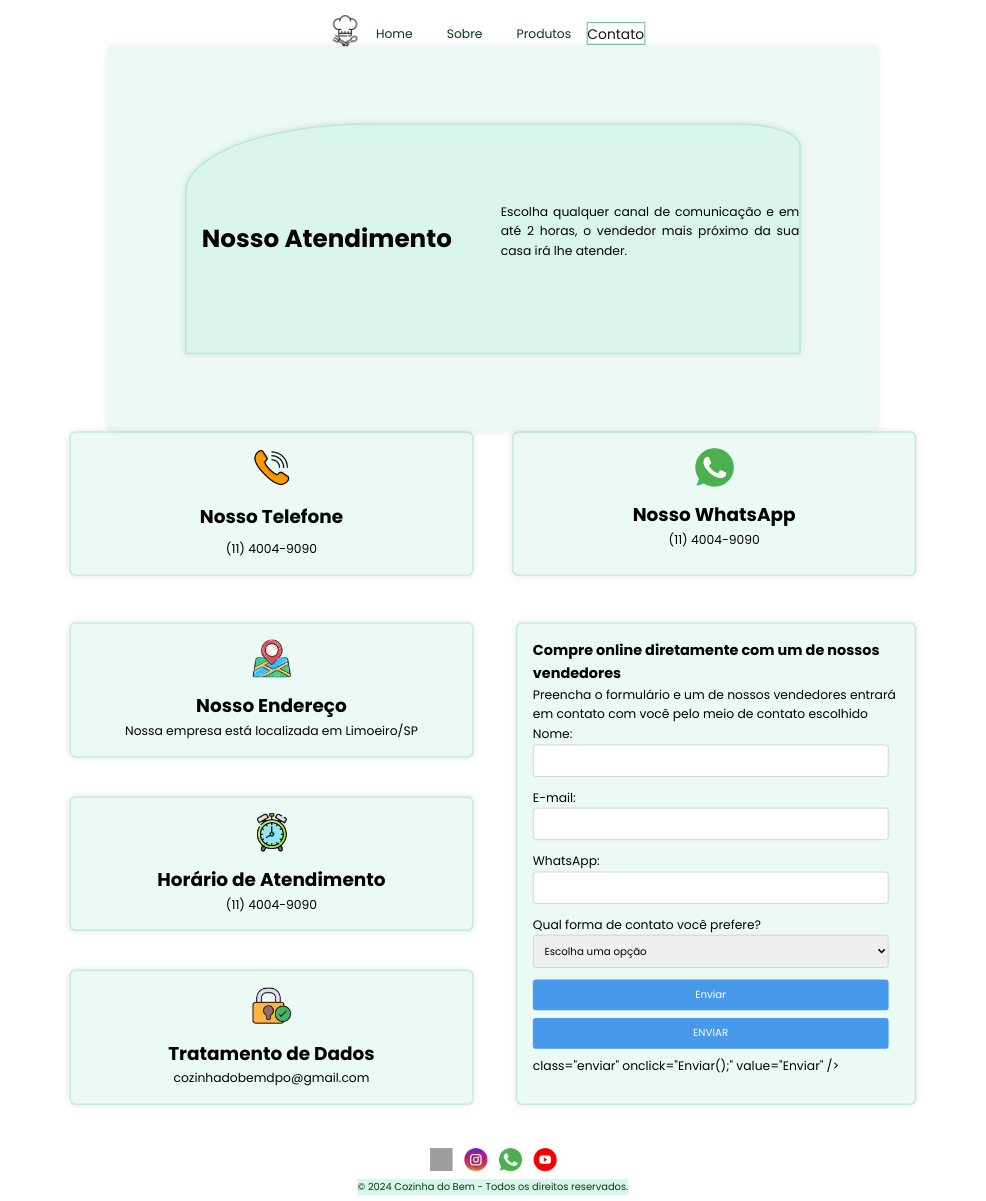
Repository: Thalia-Nataly/Cozinha-do-Bem-Proz
Page: contato.html
These files come from the project's save history. The page is drawn as it stood at one moment and after a run of saves; the edit follows.
The browser window is 1280 px wide. The pictures show the whole page, at 77% of full size.
Pictures or frames that could not be fetched are drawn as grey boxes.

Above is the page before, as saved 2024-08-25 19:20:29.

### contato.html
<!DOCTYPE html>
<html lang="pt-br">
<head>
    <meta charset="UTF-8">
    <meta name="viewport" content="width=device-width, initial-scale=1.0">
    <title>Contato</title>
    <link rel="icon" href="Imagens/favicon.jpg" type="image/jpg">
    <!-- CSS -->
    <link rel="stylesheet" href="css/stylegeral.css">
    <!-- JS -->
    <script src="js/menu.js" defer></script>
    <!-- Google Fonts -->
    <link rel="preconnect" href="https://fonts.googleapis.com">
    <link rel="preconnect" href="https://fonts.gstatic.com" crossorigin>
    <link href="https://fonts.googleapis.com/css2?family=Poppins:wght@100;200;300;400;500;600;700;800;900&display=swap" rel="stylesheet">
</head>
<body>
    <!-- Topo -->
    <a id="top"></a>

    <!-- Cabeçalho -->
    <header id="header">
       <div class="interface">
            <section class="logo">
                <img class="logo-branca" src="Imagens/logo.jpg" alt="Logo">
                <img class="logo-preto" src="Imagens/logo.jpg" alt="Logo">
            </section>
            <section class="menu-desktop">
                <nav>
                    <ul>
                        <li><a href="home.html">Home</a></li>
                        <li><a href="sobre.html">Sobre</a></li>
                        <li><a href="produtos.html">Produtos</a></li>
                    </ul>
                </nav>
            </section>
            <section class="btn-contato">
                <a href="contato.html">
                    <button>Contato</button>
                </a>
            </section>
        </div>
    </header>

    <!-- Main -->
    <main>
        <div class="main-content">
            <div class="box-conteiners">
                <div class="box-content">
                    <h1>Nosso Atendimento</h1>
                    <p><span>Escolha qualquer canal de comunicação e em até 2 horas, o vendedor mais próximo da sua casa irá lhe atender.</span></p>
                </div>
            </div>
        </div>

        <!-- Seções de Contato -->
        <div class="contact-container">
            <!-- Contêiner que contém o telefone e o WhatsApp -->
            <div class="contact-info-container">
                <div class="contact-info">
                    <div class="contact-box phone-box">
                        <img src="Imagens\telefone.png" alt="Ícone de Telefone" class="contact-icon">
                        <h2>Nosso Telefone</h2>
                        <p>(11) 4004-9090</p>
                    </div>
                    <div class="contact-box whatsapp-box">
                        <img src="Imagens\whatsapp_2504845.png" alt="Ícone de whatsapp" class="contact-icon">
                        <h2>Nosso WhatsApp</h2>
                        <p>(11) 4004-9090</p>
                    </div>
                </div>
            </div>

            <!-- Contêiner que contém os detalhes de contato e o formulário -->
            <div class="contact-details-form-container">
                <!-- Detalhes de contato -->
                <div class="contact-details">
                    <div class="contact-box">
                        <img src="Imagens\localização.png" alt="Ícone de Endereço" class="contact-icon">
                        <h2>Nosso Endereço</h2>
                        <p>Nossa empresa está localizada em Limoeiro/SP</p>
                    </div>
                    <div class="contact-box">
                        <img src="Imagens\horario.png" alt="Ícone de Relógio" class="contact-icon">
                        <h2>Horário de Atendimento</h2>
                        <p>(11) 4004-9090</p>
                    </div>
                    <div class="contact-box">
                        <img src="Imagens\cadeado.png" alt="Ícone de Cadeado" class="contact-icon">
                        <h2>Tratamento de Dados</h2>
                        <p>cozinhadobemdpo@gmail.com</p>
                    </div>
                </div>

                <!-- Formulário -->
                <div class="form-container">
                    <form>
                        <h3>Compre online diretamente com um de nossos vendedores</h3>
                        <p>Preencha o formulário e um de nossos vendedores entrará em contato com você pelo meio de contato escolhido </p>
                        <label for="nome">Nome: </label>
                        <input type="text" name="nome" id="nome" required>
                        <label for="email">E-mail: </label>
                        <input type="email" name="email" id="email" required>
                        <label for="tel">WhatsApp: </label>
                        <input type="tel" name="tel" id="tel" required>
                        <label for="contact-preference">Qual forma de contato você prefere?</label>
                        <select id="contact-preference" name="contact-preference" required>
                            <option value="" disabled selected>Escolha uma opção</option> <!-- Opção vazia que obrigará o usuário a escolher uma das opções abaixo -->
                            <option value="call">Ligação</option>
                            <option value="whatsapp">Mensagem no WhatsApp</option>
                        </select>

                        <button type="submit">Enviar</button>
                        <button type="submit">ENVIAR</button> class="enviar" onclick="Enviar();" value="Enviar" />
                    </form>
                </div>
            </div>
        </div>
    </main>

    <!-- Rodapé -->
    <footer>
        <nav>
            <div class="footer-link">
                <a href="home.html" class="footer-logo">Cozinha do Bem</a>
            </div>
            <div class="social-links">
                <a href="https://www.facebook.com/" target="_blank" rel="noopener noreferrer">
                    <img src="Imagens/social_13051757.png" alt="Facebook"></a>
                <a href="https://www.instagram.com/" target="_blank" rel="noopener noreferrer">
                    <img src="Imagens/instagram_4494489.png" alt="Instagram"></a>
                <a href="https://wa.me/5544332156489" target="_blank" rel="noopener noreferrer">
                    <img src="Imagens/whatsapp_2504845.png" alt="Whatsapp"></a>
                <a href="https://www.youtube.com/" target="_blank" rel="noopener noreferrer">
                    <img src="Imagens/youtube_4494485.png" alt="Youtube"></a>
            </div>
            <p class="copyright">© 2024 Cozinha do Bem - Todos os direitos reservados.</p>
        </nav>
    </footer>
    <a href="#top" class="back-to-top">Voltar ao topo</a>
</body>
</html>

### css/stylegeral.css
/*reset*/
* {
    margin: 0;
    padding: 0;
    box-sizing: border-box;
    font-family: "Poppins", sans-serif;
}

/*----------------------------------------------------------------*/
/*media queries para ajustar o layout em diferentes tamanhos de tela.*/
@media (max-width: 768px) {
    .menu-desktop {
        display: none;
    }

    .menu-mobile {
        display: block;
    }
}

/*----------------------------------------------------------------*/
body {
    background-repeat: no-repeat, repeat;
    background-attachment: scroll, fixed;
    background-size: cover;
    line-height: 1.6;
    margin: 0;
    padding: 0;
    box-sizing: border-box;

}



/*----------------------------------------------------------------*/

/*PRODUTOS */
/* Cabeçalho */

main {

    margin-top: 60px;
}

.main-content {
    width: 1000%;
    max-width: 1000px;
    margin: 0 auto;
    padding: 80px;
    font-family: Arial, sans-serif;
    box-shadow: 0 0 10px rgba(0, 0, 0, 0.1);
    background-color: rgba(122, 223, 189, 0.153);
    border-radius: 8px;
}

.main-content h1 {
    margin-bottom: 20px;
    padding: 50px;

}

.main-content h3 {
    margin-top: 20px;
    margin-bottom: 10px;
}

.main-content p {
    margin-bottom: 20px;
}

.main-content ul {
    margin-bottom: 20px;
}

.main-content ul li {
    margin-bottom: 10px;
}

.main-content img {
    display: block;
    margin: 10px 0;
}



/* Main */
.content-container {
    display: flex;
    align-items: flex-start;
    gap: 15px;
    max-width: 1000px;
    margin-bottom: 50px;
    padding: 20px;
}

.text-box1 .text-box2 .text-box3 {
    border-radius: 8px;
    padding: 20px;
    box-sizing: border-box;
    max-width: 2000px;
    height: 650px;
}

.text-box1 {
    background-color: #aae5e8;
    flex: 1;
}

.text-box2 {
    background-color: #dbaaa3;
    flex: 1;
}

.text-box3 {
    background-color: #f7e7b2;
    flex: 1;
}

.image-box {
    flex: 1;
    max-width: 300px;
    height: 300px;
}

.image-right img {
    float: right;
    width: 200px;
    height: 200px;
}

.image-box img {
    width: 98%;
    height: 98%;
    border-radius: 8px;
    box-shadow: #000000;
    align-content: center;
}

.chips-container {
    background-color: #aae5e8;
    border-radius: 1%;
}

.arroz-container {
    background-color: #dbaaa3;
    border-radius: 1%;
}

.pizza-container {
    background-color: #f7e7b2;
    border-radius: 1%;
}

/*----------------------------------------------------------------*/
/* Formulário produto*/
.form-container {
    background-color: #7ad4ed24;
    border: 1px solid #ddd;
    border-radius: 8px;
    padding: 20px;
    box-shadow: 0 4px 8px rgba(0, 0, 0, 0.1);
    max-width: 1000px;
    margin: 0 auto;
    display: block;
    margin-top: 50px;
}

.form-container input,
.form-container button {
    display: block;
    width: 97%;
    margin-bottom: 10px;
    padding: 10px;
    border-radius: 4px;
    border: 1px solid #ddd;
    box-sizing: border-box;
}

.form-container button {
    background-color: #4799eb;
    color: #fff;
    border: none;
    cursor: pointer;
}

.form-container button:hover {
    background-color: #0056b3;
}


/*----------------------------------------------------------------*/


/* Footer GERAL */
footer {
    align-items: center;
    text-align: center;
    list-style: none;
}

.footer-logo {
    font-size: 24px;
    font-weight: bold;
    text-decoration: none;
    color: #ffffff;
}

.footer-logo:hover {
    color: #000000;
}


footer {
    background-color: transparent;
    padding: 8px;
    text-align: center;
}

footer nav {
    display: flex;
    flex-direction: column;
    align-items: center;
}

footer .footer-link {
    margin-bottom: 10px;
}

footer .social-links {
    display: flex;
    gap: 15px;
    margin-bottom: 10px;
}

footer .social-links a {
    text-decoration: none;
    color: #ffffff;
}

footer .social-links img {
    width: 30px;
    height: 30px;
    vertical-align: middle
}

footer .redes {
    display: flex;
    gap: 15px;
    margin-bottom: 10px;
}

ul.redes img {
    width: 30px;
    height: 30px;
    vertical-align: middle;
    list-style-type: none;
}


footer .social-links a:hover {
    color: #000000;
}

footer p {
    font-size: 0.8em;
    color: #ffffff;
    margin-top: 0;
}

.copyright {
    align-items: center;
    text-align: center;
    background-color: rgba(122, 223, 189, 0.293);
    color: rgb(3, 64, 5);
}

/*----------------------------------------------------------------*/

/* Botão "Voltar ao topo" */
.back-to-top {
    position: fixed;
    bottom: 10px;
    bottom: 33px;
    right: 20px;
    background-color: #ffffff;
    color: #0ba22f;
    padding: 10px;
    border-radius: 8px;
    text-decoration: none;
    font-size: 14px;
    box-shadow: 0 2px 4px rgba(0, 0, 0, 0.2);
    z-index: 1000;
    border: 2px solid #047110;

}

.back-to-top:hover {
    background-color: #047110;
    color: #ffffff;
}

/*----------------------------------------------------------------*/
/* Home video*/


.banner {
    width: 100%;
    height: 98vh;
    overflow: hidden;
    display: flex;
    justify-content: center;
    align-items: center;
}

.banner video {
    position: fixed;
    top: 0;
    left: 0;
    object-fit: cover;
    width: 100%;
    height: 98vh;
    z-index: -1;

}

/*----------------------------------------------------------------*/

/*navbar*/
.interface {
    max-width: 1280px;
    margin: 0 auto;
}

header .btn-contato button:hover {
    background-color: #078d07;
    color: #ffffff;
    transition: all 0.3s ease-in-out;
}

.menu-desktop nav a:hover {
    transform: scale(1.05);
}

/* Estilo do Header */
header {
    width: 100%;
    padding: 20px 0;
    position: fixed;
    top: 0;
    left: 0;

    transition: .5s;
    z-index: 5;
}

header .interface {
    display: flex;
    justify-content: center;
    align-items: center;
    background-color: transparent;

}

header .logo img {
    max-width: 40px;


}

/* ---------------------------------------------------------------- */
/* Estilo do Menu */

header .logo img.logo-preto {
    display: none;
}

header .menu-desktop nav ul {
    list-style-type: none;
}

header .menu-desktop nav ul li {
    display: inline-block;
    margin: 0 20px;
}

header .menu-desktop nav ul li a {
    color: #033915;
    text-decoration: none;
    display: inline-block;
    transition: .2s;
}

.menu-desktop nav a:hover {
    transform: scale(1.05);
}

header .btn-contato,
button .botaosaiba button {
    width: 90px;
    height: 4%;
}

header .btn-contato button,
.hero-site button,
.botaosaiba button {
    font-size: 18px;
    background-color: transparent;
    border: 1px solid #038d5acb;
    color: #171616;
    cursor: pointer;
    transition: .5s;
}

header .btn-contato button:hover,
.hero-site button:hover {
    background-color: #165850;
    color: #fbfffd;

}

header.rolar {
    background-color: #02484691;
    padding: 10px 0;
    box-shadow: 0 0 8px #0bb8a772;

}

header.rolar .menu-desktop nav ul li a {
    color: #ffffff;
}

header.rolar .btn-contato button:hover {
    background-color: #036047;
    color: #ebf5f4;
}

header.rolar .logo img.logo-branca {
    display: none;
}

header.rolar .logo img.logo-preto {
    display: block;
}

/*Hero-site*/
section.hero-site {
    height: 98vh;
    color: black;
}

.hero-site .interface {
    display: flex;
    align-items: center;
    height: 100%;
    margin: 0 auto;
}

.hero-site .txt-hero {
    background-color: rgba(122, 223, 189, 0.153);
    border-top-right-radius: 20%;
    border-top-left-radius: 20%;
}

.hero-site .txt-hero h1 {
    font-size: 4em;
    font-weight: 200;
}

.hero-site .txt-hero p {
    font-size: 20px;
    font-weight: 300;
    margin: 25px 0;
}

.hero-site .txt-hero p span {
    display: block;
}

.hero-site button,
.box-img button {
    width: 200px;
    height: 50px;
}

/* C O N T A T O    P Á G I N A   I N Í C I O*/
/* Contêiner principal de contato */
.contact-container {
    display: flex;
    flex-direction: column;
    align-items: center;
    gap: 20px; /* Espaço entre os elementos */
}


/* Contêiner que contém o telefone e o WhatsApp */
.contact-info-container {
    display: flex;
    justify-content: center;
    width: 100%;
    margin-bottom: 20px; /* Diminuir o espaço entre o WhatsApp e a linha de cima */
}

/* Ainhamento entre o telefone e o WhatsApp na mesma linha */
.contact-info {
    display: flex;
    gap: 50px; /* Espaçamento entre o telefone e WhatsApp */
}

/* Style para o telefone e o WhatsApp */
.contact-box {
    border-radius: 8px;
    padding: 20px; /* AAjustar o ícone e o texto */
    box-sizing: border-box;
    text-align: center;
    width: 525px; /* Ajustar a largura */
    background-color: rgba(122, 223, 189, 0.153);
    border: 2px solid #038d5a27;
    box-shadow: 0 0 10px rgba(0, 0, 0, 0.1);
}


/* Box telefone */
.phone-box {
    display: flex;
    flex-direction: column;
    align-items: center;
}

/* ícone telefone */
.contact-icon {
    width: 50px; /* Ajustar tamanho */
    height: auto;
    margin-bottom: 10px; /* Espaço entre a imagem e o texto */
}

/* Style para o título e o texto na caixa de telefone */
.phone-box h2 {
    margin: 10px 0;
}

.phone-box p {
    margin: 0;
}

/* Style para a caixa do WhatsApp */
.whatsapp-box {
    text-align: center;
}

/* Style para o contêiner de detalhes do contato e formulário */
.contact-details-form-container {
    display: flex;
    justify-content: space-between; /* Espaçamento automático para as colunas */
    width: 100%;
    max-width: 1100px; /* Largura máxima das colunas */
    margin-top: 20px; /* Espaço de cima contêiner */
}

/* Style para os detalhes de contato e formulário */
.contact-details, .form-container .form-produtos {
    display: flex;
    flex-direction: column;
    gap: 50px;
    width: 500px; /* Largura fixa para ambas as colunas (sem considerar o form) */
    box-sizing: border-box;
}

/* Style para o formulário */
.form-container
{
    margin-top: 10px; /* Diminuir o espaço entre o form e a linha de cima */
    height: auto; /* Altura do conteúdo */
    background-color: rgba(122, 223, 189, 0.153);
    border: 2px solid #038d5a27;
    box-shadow: 0 0 10px rgba(0, 0, 0, 0.1);
    border-radius: 8px;
    padding: 20px;
    max-width: 1000px;
    margin: 0 auto;
    display: block;
    margin-left: 80px; /* Adicionar espaço à esquerda do form */
}
.form-prodcontainer {
    width: 1000%;
    max-width: 1000px;
    margin: 0 auto;
    padding: 80px;
    font-family: Arial, sans-serif;
    box-shadow: 0 0 10px rgba(0, 0, 0, 0.1);
    background-color: rgba(122, 223, 189, 0.153);
    border-radius: 8px;
}
.form-produtos {
    margin-top: 10px; /* Diminuir o espaço entre o form e a linha de cima */
    height: auto; /* Altura do conteúdo */
    background-color: rgba(122, 223, 189, 0.153);
    border: 2px solid #038d5a27;
    box-shadow: 0 0 10px rgba(0, 0, 0, 0.1);
    border-radius: 8px;
    padding: 20px;
    max-width: 1000px;



}

/* Style dos campos de entrada e botão dentro do form */
.form-container input,
.form-container select,
.form-container button
.form-prodcontainer input,
.form-prodcontainer select
{
    display: block;
    width: 97%;
    margin-bottom: 15px;
    padding: 10px;
    border-radius: 4px;
    border: 1px solid #cccccc; /* Cor da borda dos campos */
    box-sizing: border-box;
}
.form-prodcontainer button{
    height:auto;
    width: 70px;
    margin-bottom: 15px;
    background-color: #4799eb;
    color: white;
    border: none;
    cursor: pointer;
    border-radius: 4px;
}

/* Estilo do botão dentro do form */
.form-container button
.form-prodcontainer  button {
    background-color: #ffffff;
    color: #047110;
    border: none;
    cursor: pointer;
    border: 2px solid #00000027;
}

.form-container button:hover
.form-prodcontainer form button:hover {
    background-color: #047110;
    color: #ffffff;
}



/*----------------------------------------------------------------*/
/* Boxes */
.box-img img {
    width: 200px;
    height: 200px;
}

.box-conteiners {

    padding: 20px;
    max-width: auto;
    height: auto;
    list-style-type: none;
    display: flex;
    justify-content: center;
    align-items: center;
    flex: wrap;



}


.box-content {

    width: 800px;
    height: 300px;
    background-color: rgba(122, 223, 189, 0.153);
    border: 2px solid #038d5a27;
    box-shadow: 0 0 10px rgba(0, 0, 0, 0.1);

    border-start-start-radius: 30%;
    border-start-end-radius: 10%;
    order: 1;
    display: flex;
    justify-content: center;
    align-items: center;
    flex: wrap;




}

.box-content h1 {
    width: 800px;
    display: flex;
    margin-top: 20px;
    align-self: center;
    padding: 20px;

}

.box-content p {
    width: 800px;
    text-align: justify;
    display: block;

    align-self: center;
    flex-direction: left;
}


.box-img {

    width: 250px;
    height: auto;
    align-self: center;
    padding: 20px;



}

.box-img img {
    border-radius: 20%;

}

.box-sobre {

    width: 800px;
    height: auto;
    padding: 20px;
    order: 1;
    border-end-end-radius: 10%;
    border-start-end-radius: 10%;



}

.botaosaiba {
    display: flex;
    align-self: center;
    flex-direction: center;
    order: 1;

}

### js/menu.js

//cor do menu mudar quando rolar p baixo//
let navBar = document.querySelector('#header');

document.addEventListener('scroll', ()=>{
    let scrollTop = window.scrollY;
    if(scrollTop > 0){
        navBar.classList.add('rolar');
    }else{
        navBar.classList.remove('rolar');
    }

} )

// botao voltar ao topo apenas aparecer quando rolar p baixo//
window.onscroll = function() {
    var topButton = document.querySelector('.back-to-top');
    if (document.body.scrollTop > 20 || document.documentElement.scrollTop > 20) {
        topButton.style.display = "block";
    } else {
        topButton.style.display = "none";
    }
};

// formulario de contato//
function Enviar() {

    var nome = document.getElementById("nomeid");

    if (nome.value != "") {
        alert('Obrigado sr(a) ' + nome.value + ' os seus dados foram encaminhados com sucesso');
    }

}

After the next 2 saves:
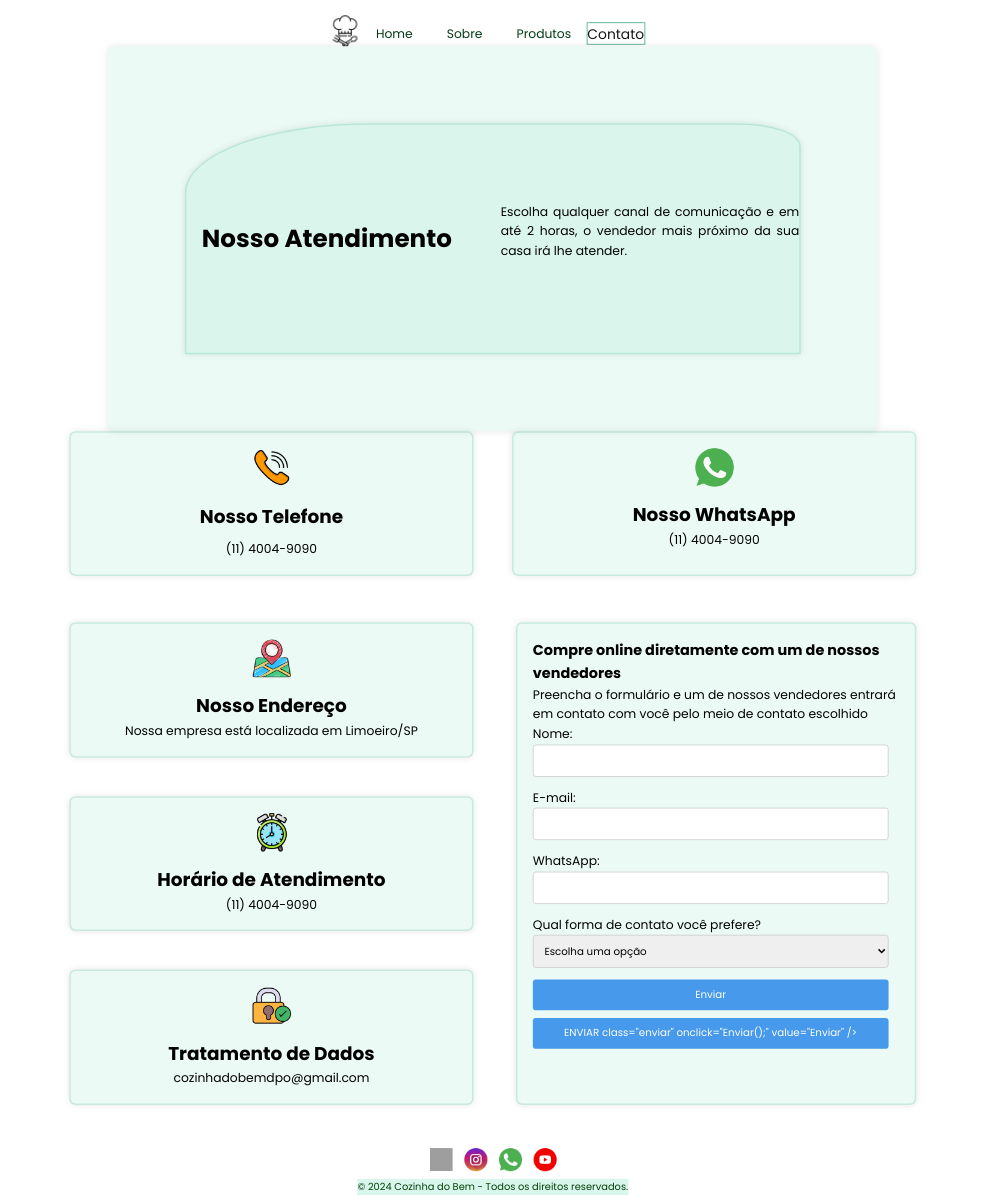
The 2 saves are shown as one change because they came seconds apart.
The last was saved 19 s later.
--- a/contato.html
+++ b/contato.html
@@ -111,7 +111,7 @@
                         </select>
 
                         <button type="submit">Enviar</button>
-                        <button type="submit">ENVIAR</button> class="enviar" onclick="Enviar();" value="Enviar" />
+                        <button type="submit">ENVIAR class="enviar" onclick="Enviar();" value="Enviar" />
                     </form>
                 </div>
             </div>
